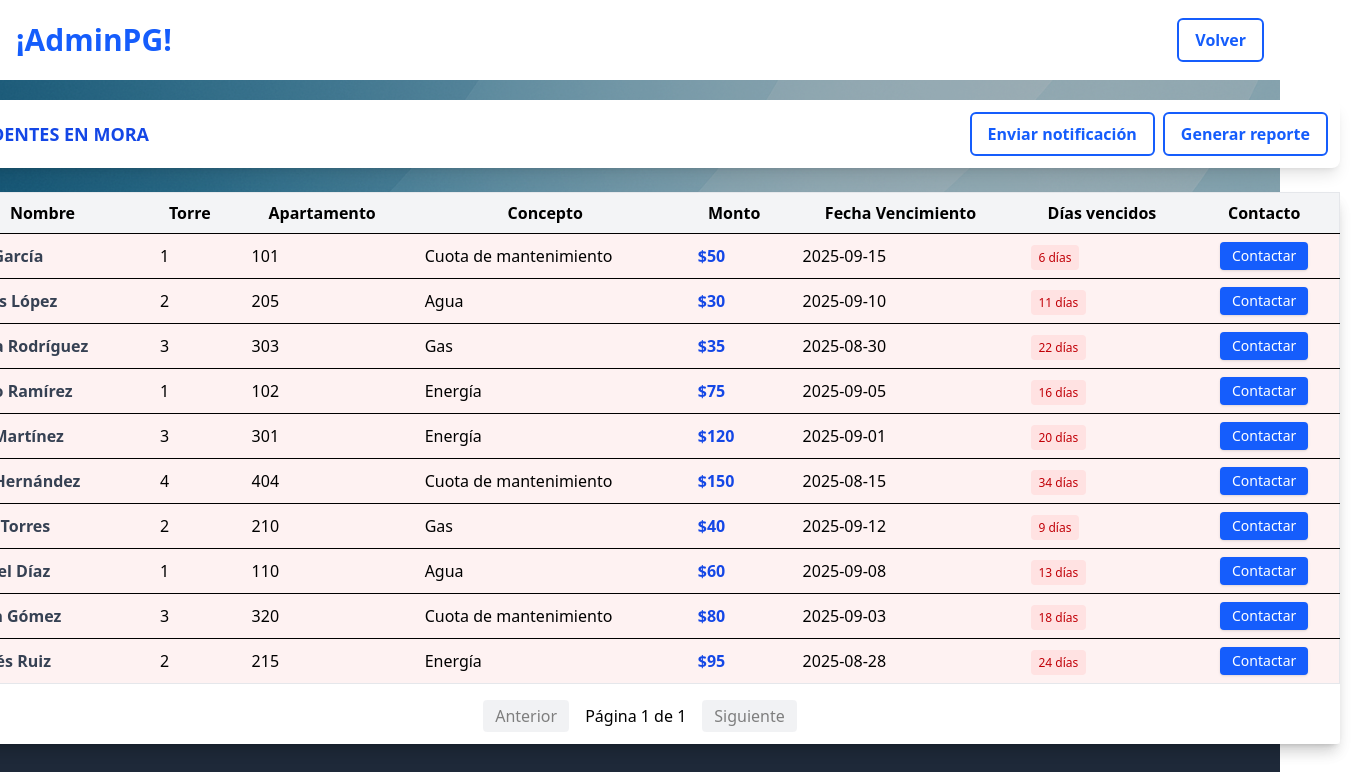
Repository: DeVelezz/AdminPG
Page: /mora (app in frontend/)
These files come from the project's save history. The page is drawn as it stood at one moment and after the next save; the edit follows.
The browser window is 1280 px wide. The page is 1360 px wide, so the pictures cover 1360 px, including what lies to the right of the window. The pictures show the whole page.
The page's requests for data from a server got no answer. The project was rebuilt for these pictures with package versions that can differ from the ones it lists, and the page was loaded fresh each time. Some packages were replaced by stand-ins written for this rebuild. No one was signed in, and anything a server would have sent is missing. Also part of the build but not shown: frontend/vite.config.js, frontend/src/components/Form.jsx, frontend/src/services/useService.js, frontend/src/components/FormRegistro.jsx, frontend/src/components/SectionImg.jsx, frontend/src/components/PageRegistro.jsx, frontend/src/components/Index.jsx, frontend/src/components/PageLogin.jsx and 4 more.

Above is the page before, as saved 2025-09-21 21:44:21.

### frontend/src/components/PageMora.jsx
import React, { useState } from "react";
import SectionHeader from "./SectionHeader";
import Logo from "./Logo";
import BotonSecundary from "./BotonSecundary";
import ImgFondo from "./ImgFondo";
import SectionFooter from "./SectionFooter";
import { FaPhone } from "react-icons/fa";
import { SiGmail, SiWhatsapp } from "react-icons/si";

export default function PageMora() {
    // Estado y lógica solo para datos reales
    const [residentesEnMora, setResidentesEnMora] = useState([]);
    const [loading, setLoading] = useState(true);
    const [paginaActual, setPaginaActual] = useState(1);
    const RESIDENTES_POR_PAGINA = 10;
    const [showContactMenu, setShowContactMenu] = useState(null);
    const [menuPosition, setMenuPosition] = useState({ x: 0, y: 0 });
    const hoy = new Date();

    React.useEffect(() => {
        fetch("/api/residentes-mora")
            .then(res => res.json())
            .then(data => {
                let procesados = data.map(residente =>
                    residente.servicios
                        .filter(servicio => !servicio.fechaPago)
                        .map(servicio => {
                            const vencimiento = new Date(servicio.fechaVencimiento);
                            const diasVencimiento = Math.floor((vencimiento - hoy) / (1000 * 60 * 60 * 24));
                            return {
                                key: `${residente.id}-${servicio.nombre}`,
                                nombre: residente.nombre,
                                torre: residente.torre,
                                apartamento: residente.apartamento,
                                concepto: servicio.nombre,
                                monto: servicio.monto,
                                fechaVencimiento: servicio.fechaVencimiento,
                                diasVencimiento,
                                estado: diasVencimiento < 0 ? "Pendiente" : "Por vencer",
                                telefono: residente.telefono,
                                email: residente.email
                            };
                        })
                ).flat();
                // Fallback temporal si la API responde vacío
                if (procesados.length === 0) {
                    procesados = [
                        {
                            key: 'demo1', nombre: 'Ana García', torre: '1', apartamento: '101', concepto: 'Cuota de mantenimiento', monto: 50, fechaVencimiento: '2025-09-15', diasVencimiento: -6, estado: 'Pendiente', telefono: '321-555-0101', email: 'ana.garcia@email.com'
                        },
                        {
                            key: 'demo2', nombre: 'Carlos López', torre: '2', apartamento: '205', concepto: 'Agua', monto: 30, fechaVencimiento: '2025-09-10', diasVencimiento: -11, estado: 'Pendiente', telefono: '321-555-0205', email: 'carlos.lopez@email.com'
                        },
                        {
                            key: 'demo3', nombre: 'María Rodríguez', torre: '3', apartamento: '303', concepto: 'Gas', monto: 35, fechaVencimiento: '2025-08-30', diasVencimiento: -22, estado: 'Pendiente', telefono: '321-555-0303', email: 'maria.rodriguez@email.com'
                        },
                        {
                            key: 'demo4', nombre: 'Pedro Ramírez', torre: '1', apartamento: '102', concepto: 'Energía', monto: 75, fechaVencimiento: '2025-09-05', diasVencimiento: -16, estado: 'Pendiente', telefono: '321-555-0102', email: 'pedro@email.com'
                        },
                        {
                            key: 'demo5', nombre: 'Ana Martínez', torre: '3', apartamento: '301', concepto: 'Energía', monto: 120, fechaVencimiento: '2025-09-01', diasVencimiento: -20, estado: 'Pendiente', telefono: '321-555-0301', email: 'ana@email.com'
                        },
                        {
                            key: 'demo6', nombre: 'Luis Hernández', torre: '4', apartamento: '404', concepto: 'Cuota de mantenimiento', monto: 150, fechaVencimiento: '2025-08-15', diasVencimiento: -34, estado: 'Pendiente', telefono: '321-555-0404', email: 'luis@email.com'
                        },
                        {
                            key: 'demo7', nombre: 'Sofía Torres', torre: '2', apartamento: '210', concepto: 'Gas', monto: 40, fechaVencimiento: '2025-09-12', diasVencimiento: -9, estado: 'Pendiente', telefono: '321-555-0210', email: 'sofia@email.com'
                        },
                        {
                            key: 'demo8', nombre: 'Miguel Díaz', torre: '1', apartamento: '110', concepto: 'Agua', monto: 60, fechaVencimiento: '2025-09-08', diasVencimiento: -13, estado: 'Pendiente', telefono: '321-555-0110', email: 'miguel@email.com'
                        },
                        {
                            key: 'demo9', nombre: 'Laura Gómez', torre: '3', apartamento: '320', concepto: 'Cuota de mantenimiento', monto: 80, fechaVencimiento: '2025-09-03', diasVencimiento: -18, estado: 'Pendiente', telefono: '321-555-0320', email: 'laura@email.com'
                        },
                        {
                            key: 'demo10', nombre: 'Andrés Ruiz', torre: '2', apartamento: '215', concepto: 'Energía', monto: 95, fechaVencimiento: '2025-08-28', diasVencimiento: -24, estado: 'Pendiente', telefono: '321-555-0215', email: 'andres@email.com'
                        }
                    ];
                }
                setResidentesEnMora(procesados);
                setLoading(false);
            })
            .catch(() => {
                // Si hay error, también mostrar datos de prueba
                setResidentesEnMora([
                    {
                        key: 'demo1', nombre: 'Ana García', torre: '1', apartamento: '101', concepto: 'Cuota de mantenimiento', monto: 50, fechaVencimiento: '2025-09-15', diasVencimiento: -6, estado: 'Pendiente', telefono: '321-555-0101', email: 'ana.garcia@email.com'
                    },
                    {
                        key: 'demo2', nombre: 'Carlos López', torre: '2', apartamento: '205', concepto: 'Agua', monto: 30, fechaVencimiento: '2025-09-10', diasVencimiento: -11, estado: 'Pendiente', telefono: '321-555-0205', email: 'carlos.lopez@email.com'
                    },
                    {
                        key: 'demo3', nombre: 'María Rodríguez', torre: '3', apartamento: '303', concepto: 'Gas', monto: 35, fechaVencimiento: '2025-08-30', diasVencimiento: -22, estado: 'Pendiente', telefono: '321-555-0303', email: 'maria.rodriguez@email.com'
                    },
                    {
                        key: 'demo4', nombre: 'Pedro Ramírez', torre: '1', apartamento: '102', concepto: 'Energía', monto: 75, fechaVencimiento: '2025-09-05', diasVencimiento: -16, estado: 'Pendiente', telefono: '321-555-0102', email: 'pedro@email.com'
                    },
                    {
                        key: 'demo5', nombre: 'Ana Martínez', torre: '3', apartamento: '301', concepto: 'Energía', monto: 120, fechaVencimiento: '2025-09-01', diasVencimiento: -20, estado: 'Pendiente', telefono: '321-555-0301', email: 'ana@email.com'
                    },
                    {
                        key: 'demo6', nombre: 'Luis Hernández', torre: '4', apartamento: '404', concepto: 'Cuota de mantenimiento', monto: 150, fechaVencimiento: '2025-08-15', diasVencimiento: -34, estado: 'Pendiente', telefono: '321-555-0404', email: 'luis@email.com'
                    },
                    {
                        key: 'demo7', nombre: 'Sofía Torres', torre: '2', apartamento: '210', concepto: 'Gas', monto: 40, fechaVencimiento: '2025-09-12', diasVencimiento: -9, estado: 'Pendiente', telefono: '321-555-0210', email: 'sofia@email.com'
                    },
                    {
                        key: 'demo8', nombre: 'Miguel Díaz', torre: '1', apartamento: '110', concepto: 'Agua', monto: 60, fechaVencimiento: '2025-09-08', diasVencimiento: -13, estado: 'Pendiente', telefono: '321-555-0110', email: 'miguel@email.com'
                    },
                    {
                        key: 'demo9', nombre: 'Laura Gómez', torre: '3', apartamento: '320', concepto: 'Cuota de mantenimiento', monto: 80, fechaVencimiento: '2025-09-03', diasVencimiento: -18, estado: 'Pendiente', telefono: '321-555-0320', email: 'laura@email.com'
                    },
                    {
                        key: 'demo10', nombre: 'Andrés Ruiz', torre: '2', apartamento: '215', concepto: 'Energía', monto: 95, fechaVencimiento: '2025-08-28', diasVencimiento: -24, estado: 'Pendiente', telefono: '321-555-0215', email: 'andres@email.com'
                    }
                ]);
                setLoading(false);
            });
    }, []);

    // Paginación
    const totalPaginas = Math.ceil(residentesEnMora.length / RESIDENTES_POR_PAGINA);
    const residentesPagina = residentesEnMora.slice((paginaActual - 1) * RESIDENTES_POR_PAGINA, paginaActual * RESIDENTES_POR_PAGINA);

    const handleContactar = (residente, telefono, email, accion) => {
        switch(accion) {
            case 'llamar':
                window.open(`tel:${telefono}`);
                break;
            case 'email':
                window.open(`mailto:${email}?subject=Recordatorio de pago pendiente&body=Estimado/a ${residente},%0A%0ATiene un pago pendiente. Por favor póngase al día con sus cuotas.%0A%0ASaludos,%0AAdministración`);
                break;
            case 'whatsapp':
                window.open(`https://wa.me/${telefono.replace(/[^0-9]/g, '')}?text=Hola ${residente}, tiene un pago pendiente. Por favor póngase al día con sus cuotas.`);
                break;
        }
        setShowContactMenu(null);
    };

    const handleShowMenu = (menuId, event) => {
        const rect = event.target.getBoundingClientRect();
        setMenuPosition({
            x: rect.left + (rect.width / 2) - 60,
            y: rect.top + (rect.height / 2) - 60
        });
        setShowContactMenu(showContactMenu === menuId ? null : menuId);
    };

    const ContactMenu = ({ residente, telefono, email }) => (
        <div
            className="fixed bg-white border border-gray-300 rounded shadow-lg p-2 z-50"
            style={{
                left: menuPosition.x,
                top: menuPosition.y
            }}
        >
            <button
                className="flex items-center w-full text-left px-3 py-2 hover:bg-gray-300 rounded text-sm"
                onClick={() => handleContactar(residente, telefono, email, 'llamar')}
            >
                <FaPhone className="mr-2 text-blue-600" />
                Llamar
            </button>
            <button
                className="flex items-center w-full text-left px-3 py-2 hover:bg-gray-300 rounded text-sm"
                onClick={() => handleContactar(residente, telefono, email, 'email')}
            >
                <SiGmail className="mr-2 text-red-500" />
                Gmail
            </button>
            <button
                className="flex items-center w-full text-left px-3 py-2 hover:bg-gray-300 rounded text-sm"
                onClick={() => handleContactar(residente, telefono, email, 'whatsapp')}
            >
                <SiWhatsapp className="mr-2 text-green-500" />
                WhatsApp
            </button>
        </div>
    );

    return (
        <div className="min-h-screen flex flex-col relative" onClick={() => setShowContactMenu(null)}>
            <SectionHeader>
                <Logo />
                <BotonSecundary textoBtn="Volver" onClick={() => window.location.href = "/admin"} />
            </SectionHeader>
            <main className="flex-1 relative">
                <ImgFondo>
                    <img src="/img/imagen.png" alt="Imagen de fondo" className="w-full h-full object-cover brightness-75 absolute inset-0" />
                    <div className="relative z-10 p-5">
                        <div className="justify-between bg-white p-3 rounded-lg shadow-lg w-350 flex flex-row items-center">
                            <p className="font-bold text-blue-700 text-lg">RESIDENTES EN MORA</p>
                            <div className="flex gap-2 justify-between">
                                <BotonSecundary textoBtn="Enviar notificación" onClick={() => alert("Notificación enviada")} />
                                <BotonSecundary textoBtn="Generar reporte" onClick={() => alert("Generando reporte...")} />
                            </div>
                        </div>
                        {/* TABLA DE RESIDENTES EN MORA */}
                        <div className="shadow-lg mt-6">
                            <div className="bg-white shadow-lg rounded">
                                {loading ? (
                                    <div className="text-center py-8">Cargando datos...</div>
                                ) : residentesEnMora.length === 0 ? (
                                    <div className="text-center py-8">No hay residentes en mora.</div>
                                ) : (
                                    <div className="overflow-x-auto">
                                        <table className="min-w-full bg-white border border-gray-200 rounded-lg">
                                            <thead>
                                                <tr className="bg-gray-100">
                                                    <th className="px-4 py-2">Nombre</th>
                                                    <th className="px-4 py-2">Torre</th>
                                                    <th className="px-4 py-2">Apartamento</th>
                                                    <th className="px-4 py-2">Concepto</th>
                                                    <th className="px-4 py-2">Monto</th>
                                                    <th className="px-4 py-2">Fecha Vencimiento</th>
                                                    <th className="px-4 py-2">Días vencidos</th>
                                                    <th className="px-4 py-2">Contacto</th>
                                                </tr>
                                            </thead>
                                            <tbody>
                                                {residentesPagina.map((residente) => (
                                                    <tr key={residente.key} className={`border-t hover:bg-gray-50 cursor-pointer transition-colors ${residente.estado === "Pendiente" ? "bg-red-50" : ""}`}>
                                                        <td className="px-4 py-2 font-semibold text-gray-700">{residente.nombre}</td>
                                                        <td className="px-4 py-2">{residente.torre}</td>
                                                        <td className="px-4 py-2">{residente.apartamento}</td>
                                                        <td className="px-4 py-2">{residente.concepto}</td>
                                                        <td className="px-4 py-2 font-bold text-blue-700">${residente.monto}</td>
                                                        <td className="px-4 py-2">{residente.fechaVencimiento}</td>
                                                        <td className="px-4 py-2">
                                                            <span className={`text-xs px-2 py-1 rounded ${residente.diasVencimiento < 0 ? 'bg-red-100 text-red-700' : 'bg-yellow-100 text-yellow-800'}`}>
                                                                {residente.diasVencimiento < 0 ? `${Math.abs(residente.diasVencimiento)} días` : `${residente.diasVencimiento} días`}
                                                            </span>
                                                        </td>
                                                        <td className="px-4 py-2 text-center relative">
                                                            <button
                                                                className="px-3 py-1 bg-blue-600 text-white text-sm rounded shadow hover:bg-blue-700"
                                                                onClick={(e) => { e.stopPropagation(); handleShowMenu(residente.key, e); }}
                                                            >
                                                                Contactar
                                                            </button>
                                                            {showContactMenu === residente.key && (
                                                                <ContactMenu residente={residente.nombre} telefono={residente.telefono} email={residente.email} />
                                                            )}
                                                        </td>
                                                    </tr>
                                                ))}
                                            </tbody>
                                        </table>
                                        {/* Paginación */}
                                        <div className="flex justify-center items-center mt-4 gap-2">
                                            <button
                                                className="px-3 py-1 bg-gray-200 rounded disabled:opacity-50"
                                                onClick={() => setPaginaActual(p => Math.max(1, p - 1))}
                                                disabled={paginaActual === 1}
                                            >Anterior</button>
                                            <span className="px-2">Página {paginaActual} de {totalPaginas}</span>
                                            <button
                                                className="px-3 py-1 bg-gray-200 rounded disabled:opacity-50"
                                                onClick={() => setPaginaActual(p => Math.min(totalPaginas, p + 1))}
                                                disabled={paginaActual === totalPaginas}
                                            >Siguiente</button>
                                        </div>
                                        <div className="mb-3"></div>
                                    </div>
                                )}
                            </div>
                        </div>
                    </div>
                </ImgFondo>
            </main>
            <SectionFooter />
        </div>
    );
}

### frontend/src/components/ImgFondo.jsx
import React from "react";

function ImgFondo({children}) {
    return(
        <section className="w-auto h-150 bg-cover bg-center flex justify-center relative">
            {children}
        </section>
    );
}

export default ImgFondo;

### frontend/src/components/SectionHeader.jsx
import React from "react";

function SectionHeader({children}){
    return(
        <header className="w-full h-20 bg-white justify-between items-center flex p-4 relative z-10">
            {children}
        </header>
    );
}

export default SectionHeader;

### frontend/src/components/Logo.jsx
import React from "react";

function Logo({ redirectTo = "/admin" }) {
    const handleLogoClick = () => {
        window.location.href = redirectTo;
    };

    return (
        <p
            className="text-blue-600 font-bold text-3xl cursor-pointer hover:text-blue-800 transition-colors"
            onClick={handleLogoClick}
        >
            ¡AdminPG!
        </p>
    );
}

export default Logo;

### frontend/src/components/SectionFooter.jsx
import React from "react";

function SectionFooter(){
    return(
        <footer className="w-full h-20 bg-gray-800 text-white flex justify-center items-center mt-3">
            <p className="text-sm">© 2025 AdminPG. Todos los derechos reservados.</p>
        </footer>
    );
}

export default SectionFooter;

Loaded but not shown: frontend/index.html (common file); frontend/src/main.jsx (common file); frontend/src/index.css (common file); frontend/src/App.css (common file); frontend/src/App.jsx (84 lines, source omitted); frontend/src/components/BotonSecundary.jsx (13 lines, source omitted)

After the next save:
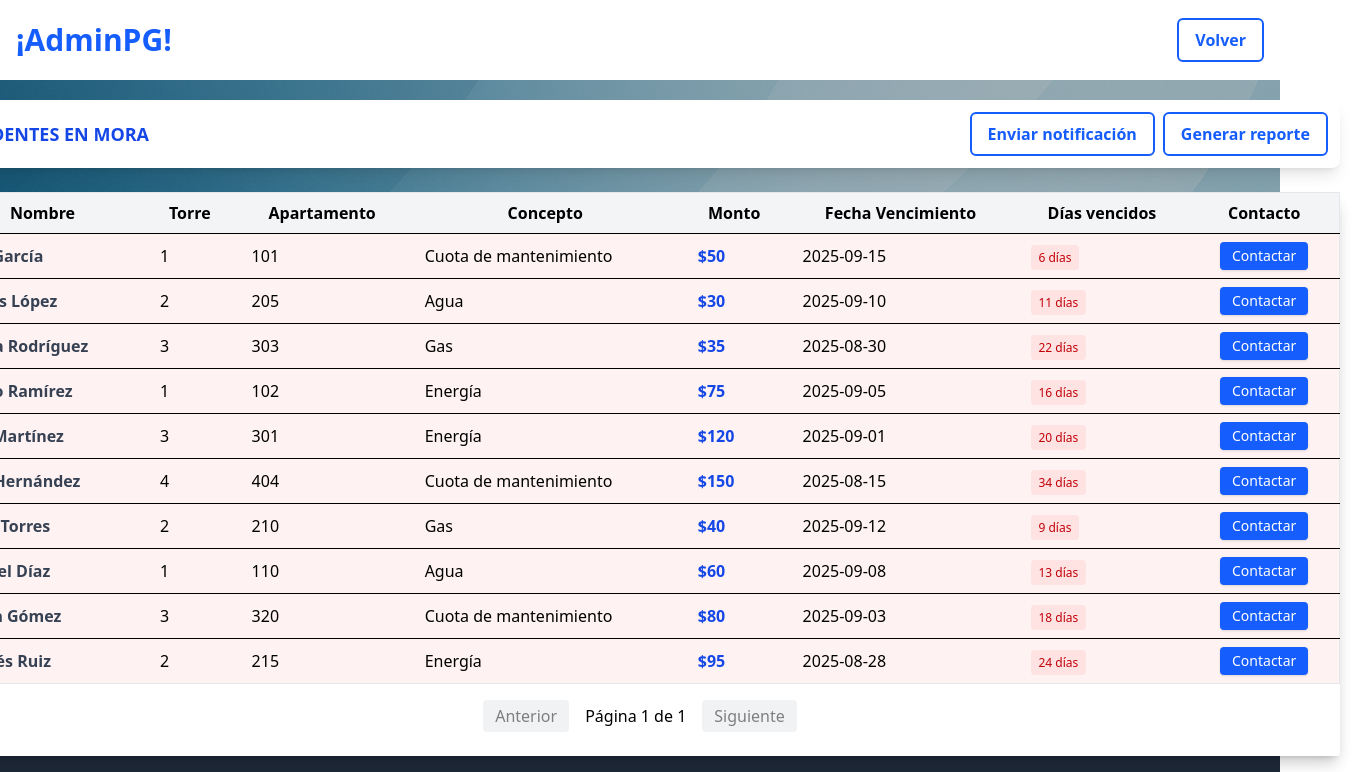
Saved 91 s later.
--- a/frontend/src/components/PageMora.jsx
+++ b/frontend/src/components/PageMora.jsx
@@ -179,15 +179,15 @@ export default function PageMora() {
     );
 
     return (
-        <div className="min-h-screen flex flex-col relative" onClick={() => setShowContactMenu(null)}>
+        <div className="min-h-screen flex flex-col" onClick={() => setShowContactMenu(null)}>
             <SectionHeader>
                 <Logo />
                 <BotonSecundary textoBtn="Volver" onClick={() => window.location.href = "/admin"} />
             </SectionHeader>
-            <main className="flex-1 relative">
+            <main className="flex-1 flex flex-col">
                 <ImgFondo>
                     <img src="/img/imagen.png" alt="Imagen de fondo" className="w-full h-full object-cover brightness-75 absolute inset-0" />
-                    <div className="relative z-10 p-5">
+                    <div className="relative z-10 p-5 flex flex-col min-h-[calc(100vh-120px)]">
                         <div className="justify-between bg-white p-3 rounded-lg shadow-lg w-350 flex flex-row items-center">
                             <p className="font-bold text-blue-700 text-lg">RESIDENTES EN MORA</p>
                             <div className="flex gap-2 justify-between">
@@ -196,14 +196,14 @@ export default function PageMora() {
                             </div>
                         </div>
                         {/* TABLA DE RESIDENTES EN MORA */}
-                        <div className="shadow-lg mt-6">
-                            <div className="bg-white shadow-lg rounded">
+                        <div className="shadow-lg mt-6 flex-1 flex flex-col">
+                            <div className="bg-white shadow-lg rounded flex-1 flex flex-col">
                                 {loading ? (
                                     <div className="text-center py-8">Cargando datos...</div>
                                 ) : residentesEnMora.length === 0 ? (
                                     <div className="text-center py-8">No hay residentes en mora.</div>
                                 ) : (
-                                    <div className="overflow-x-auto">
+                                    <div className="overflow-x-auto flex-1">
                                         <table className="min-w-full bg-white border border-gray-200 rounded-lg">
                                             <thead>
                                                 <tr className="bg-gray-100">
@@ -247,7 +247,7 @@ export default function PageMora() {
                                             </tbody>
                                         </table>
                                         {/* Paginación */}
-                                        <div className="flex justify-center items-center mt-4 gap-2">
+                                        <div className="flex justify-center items-center mt-4 gap-2 mb-6">
                                             <button
                                                 className="px-3 py-1 bg-gray-200 rounded disabled:opacity-50"
                                                 onClick={() => setPaginaActual(p => Math.max(1, p - 1))}
@@ -260,7 +260,6 @@ export default function PageMora() {
                                                 disabled={paginaActual === totalPaginas}
                                             >Siguiente</button>
                                         </div>
-                                        <div className="mb-3"></div>
                                     </div>
                                 )}
                             </div>
